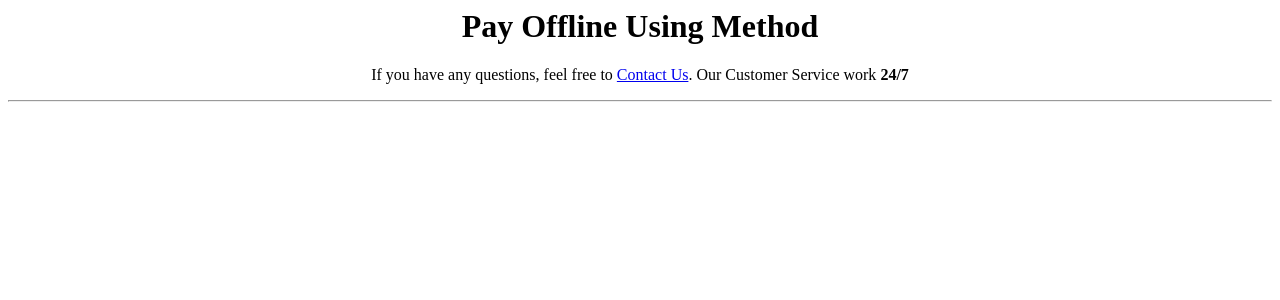
Repository: truonghuynhquy/M_Dev_Store
Page: http://localhost/customer/pay_offline.php
The author's editor kept a copy of each file at every save. The page is drawn from the files as they stood at one save, then again after the next save.
The browser window is 1280 px wide. The pictures show the whole page.
The page is run by PHP 8.4 with error messages shown; the project is at /var/www/html/.

Above is the page before, as saved 2022-11-14 16:54:38.

After the next save:
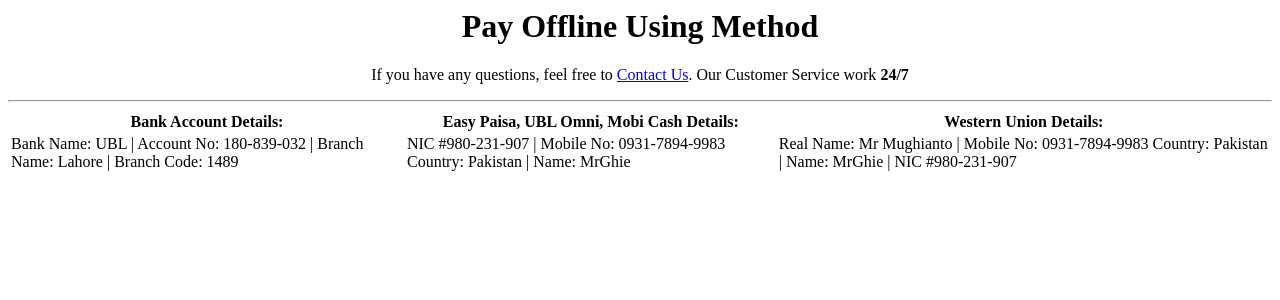
Saved 6 min 31 s later.
--- a/customer/pay_offline.php
+++ b/customer/pay_offline.php
@@ -27,6 +27,9 @@
             <tr>
                 <!--  tr Begin  -->
 
+                <th> Bank Account Details: </th>
+                <th> Easy Paisa, UBL Omni, Mobi Cash Details: </th>
+                <th>Western Union Details: </th>
 
             </tr><!--  tr Finish  -->
 
@@ -35,25 +38,9 @@
         <tbody>
             <!--  tbody Begin  -->
 
-            <tr>
-                <!--  tr Begin  -->
-
-
-            </tr><!--  tr Finish  -->
-
-            <tr>
-                <!--  tr Begin  -->
-
-
-
-            </tr><!--  tr Finish  -->
-
-            <tr>
-                <!--  tr Begin  -->
-
-
-
-            </tr><!--  tr Finish  -->
+            <td> Bank Name: UBL | Account No: 180-839-032 | Branch Name: Lahore | Branch Code: 1489 </td>
+            <td> NIC #980-231-907 | Mobile No: 0931-7894-9983 Country: Pakistan | Name: MrGhie </td>
+            <td> Real Name: Mr Mughianto | Mobile No: 0931-7894-9983 Country: Pakistan | Name: MrGhie | NIC #980-231-907</td>
 
         </tbody><!--  tbody Finish  -->
 
